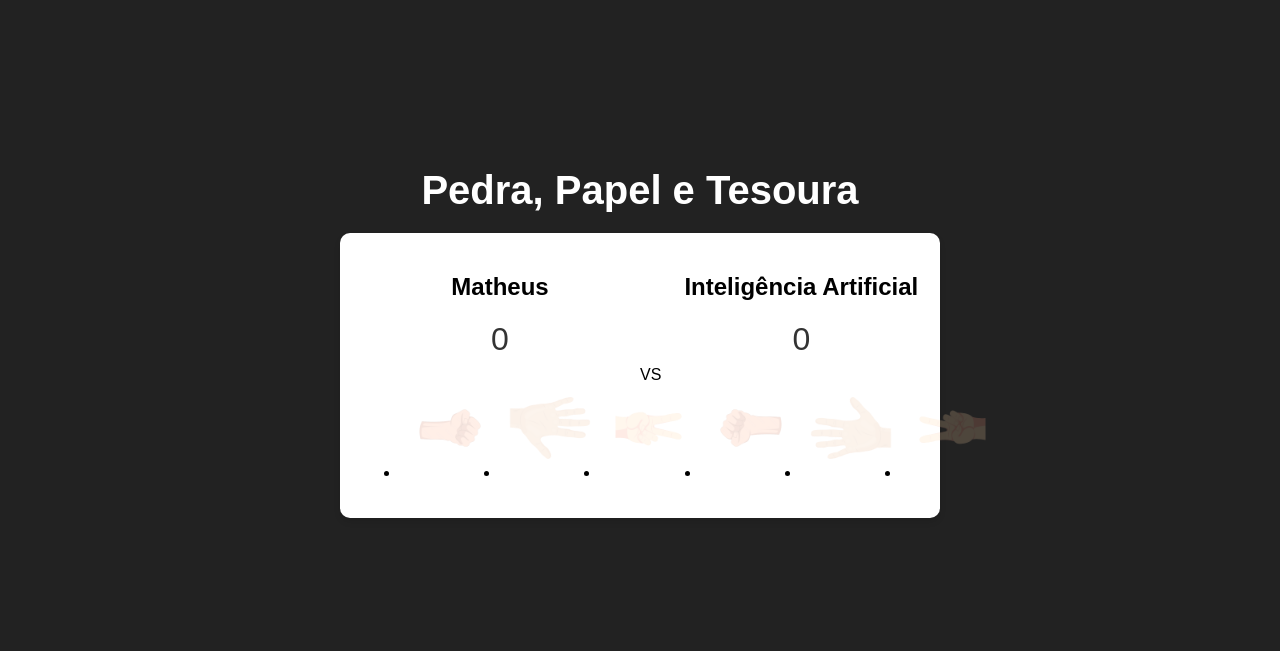
Repository: Matheus904-12/Pedra-Papel
Page: index.html
These files come from the project's save history. The page is drawn as it stood at one moment and after the next save; the edit follows.
The browser window is 1280 px wide. The pictures show the whole page.

Above is the page before, as saved 2023-08-28 21:45:10.

### index.html
<!DOCTYPE html>
<html lang="en">
<head>
    <meta charset="UTF-8">
    <meta name="viewport" content="width=device-width, initial-scale=1.0">
    <title>Pedra, Papel e Tesoura</title>
    <link rel="stylesheet" href="style.css">
    <script src="script.js"></script>
</head>
<body>
    <div class="box">
        <div class="container">
            <h1 id="titulo">Pedra, Papel e Tesoura</h1>
            <div class="placar" id="placar">
                <div class="jogador">
                    <h2 id="jogadorNome">Matheus</h2>
                    <p id="jogadorPontos">0</p>
                    <ul class="escolhas" id="jogadorEscolha">
                        <li>
                            <a id="jogadorEscolha1" class="escolha" onclick="jogar(1)">
                                <img src="img/1-removebg-preview.png" alt="">
                            </a>
                        </li>
                        <li>
                            <a id="jogadorEscolha2" class="escolha" onclick="jogar(2)">
                                <img src="img/2-removebg-preview.png" alt="">
                            </a>
                        </li>
                        <li>
                            <a id="jogadorEscolha3" class="escolha" onclick="jogar(3)">
                                <img src="img/3-removebg-preview.png" alt="">
                            </a>
                        </li>
                    </ul>
                </div>
                <div id="versus">VS</div>
                <div class="computador">
                    <h2 id="computadorNome">Inteligência Artificial</h2>
                    <p id="computadorPontos">0</p>
                    <ul class="escolhas" id="computadorEscolha">
                        <li>
                            <a id="computadorEscolha1" class="escolha">
                                <img src="img2/1.png" alt="">
                            </a>
                        </li>
                        <li>
                            <a id="computadorEscolha2" class="escolha">
                                <img src="img2/2.png" alt="">
                            </a>
                        </li>
                        <li>
                            <a id="computadorEscolha3" class="escolha">
                                <img src="img2/3.png" alt="">
                            </a>
                        </li>
                    </ul>
                </div>
            </div>
            <div class="mensagem"><p id="mensagem" class="result-message">&nbsp;</p>
    </div>
</body>
</html>

### style.css
ul#jogadorEscolha li a,
ul#computadorEscolha li a{
    opacity: 0.2;
    transition: ease-in-out 0.3s;
}
ul#jogadorEscolha li a:hover,
ul#jogadorEscolha li a.selecionado,
ul#computadorEscolha li a.selecionado {
    opacity: 1;
}

/* Estilos gerais */
body {
    font-family: 'Arial', sans-serif;
    background-color: #222;
    margin: 0;
    padding: 0;
    transition: background-color 0.5s ease;
}

/* Estilo do container principal */
.box {
    display: flex;
    align-items: center;
    justify-content: center;
    min-height: 100vh;
    transition: background-color 0.5s ease;
}

.container {
    width: 100%;
    max-width: 600px;
    text-align: center;
}

/* Estilo do título */
#titulo {
    font-size: 2.5rem;
    color: #fff;
    margin-bottom: 20px;
}

/* Estilo do placar */
.placar {
    display: flex;
    align-items: center;
    justify-content: space-between;
    padding: 20px;
    background-color: #fff;
    border-radius: 10px;
    box-shadow: 0 4px 6px rgba(0, 0, 0, 0.1);
}

.jogador,
.computador {
    width: 50%;
}

.jogador p,
.computador p {
    font-size: 2rem;
    color: #333;
    margin: 0;
}

.escolhas {
    display: flex;
    justify-content: space-around;
    margin-top: 20px;
}

.escolhas img {
    max-width: 100px;
    cursor: pointer;
    transition: transform 0.3s ease;
}

.escolhas img:hover {
    transform: scale(1.1);
}

/* Estilo do resultado/mensagem */
.result-message {
    font-size: 1.2rem;
    margin-top: 20px;
    color: #fff;
}

.result-message.vitoria {
    color: #4CAF50;
}

.result-message.derrota {
    color: #FF5733;
}

.result-message.empate {
    color: #FFC300;
}

/* Estilo do botão reiniciar */
.reiniciar-jogo {
    background-color: #3498db;
    border: none;
    color: white;
    padding: 10px 20px;
    text-align: center;
    text-decoration: none;
    display: inline-block;
    font-size: 16px;
    border-radius: 5px;
    cursor: pointer;
    transition: background-color 0.3s ease;
}

.reiniciar-jogo:hover {
    background-color: #2980b9;
}

/* Estilo do histórico */
.historico {
    text-align: center;
    margin-top: 20px;
}

.historico-toggle {
    background-color: #333;
    border: none;
    color: white;
    padding: 5px 10px;
    font-size: 14px;
    border-radius: 5px;
    cursor: pointer;
    transition: background-color 0.3s ease;
}

.historico-toggle:hover {
    background-color: #222;
}

.historico-list {
    list-style: none;
    padding: 0;
    display: none;
    text-align: left;
}

.historico-list li {
    font-size: 14px;
    margin-bottom: 5px;
    color: #fff;
}

### script.js
let jogadorEscolha = 0;
let jogadorPontos = 0;
let computadorEscolha = 0;
let computadorPontos = 0;
let ganhador = -1;
let historico = [];

function jogar(escolha){
    jogadorEscolha = escolha;
    computadorEscolha = Math.floor(Math.random() * 3) + 1;


/*PEDRA = 1
  PAPEL = 2
  TESOURA = 3
*/

if (jogadorEscolha == 1 && computadorEscolha == 1) {
    ganhador = 0;
    //*PEDRA = PEDRA*//
} else if (jogadorEscolha == 1 && computadorEscolha == 2) {
    ganhador = 2;
    //PEDRA E PAPEL = PAPEL//
} else if (jogadorEscolha == 1 && computadorEscolha == 3) {
    ganhador = 1;
    //PEDRA E TESOURA = PEDRA//
} else if (jogadorEscolha == 2 && computadorEscolha == 1) {
    ganhador = 1;
    //PAPEL E PEDRA = PEDRA
} else if (jogadorEscolha == 2 && computadorEscolha == 2) {
    ganhador =  0;
    //PAPEL E PAPEL = NADA
} else if (jogadorEscolha == 2 && computadorEscolha == 3) {
    ganhador = 2;
    //PAPEL E TESOURA = TESOURA
} else if (jogadorEscolha == 3 && computadorEscolha == 1) {
    ganhador = 2;
    //TESOURA E PEDRA = PEDRA
} else if (jogadorEscolha == 3 && computadorEscolha == 2) {
    ganhador = 1;
    //TESOURA E PAPEL = TESOURA
} else if (jogadorEscolha == 3 && computadorEscolha == 3) {
    ganhador = 0;
    //TESOURA E TESOURA = EMPATE
}


document.getElementById('jogadorEscolha1').classList.remove('selecionado');
document.getElementById('jogadorEscolha2').classList.remove('selecionado');
document.getElementById('jogadorEscolha3').classList.remove('selecionado');
document.getElementById('computadorEscolha1').classList.remove('selecionado');
document.getElementById('computadorEscolha2').classList.remove('selecionado');
document.getElementById('computadorEscolha3').classList.remove('selecionado');



document.getElementById('jogadorEscolha'+jogadorEscolha).classList.add('selecionado');
document.getElementById('computadorEscolha'+computadorEscolha).classList.add('selecionado');


/*
EMPATE = 0;
JOGADOR = 1;
COMPUTADOR = 2;
*/


// Atualizar placar
if (ganhador === 1) {
    jogadorPontos++;
} else if (ganhador === 2) {
    computadorPontos++;
}

document.getElementById('jogadorPontos').textContent = jogadorPontos;
document.getElementById('computadorPontos').textContent = computadorPontos;


// Mensagem do resultado
let mensagem = '';
if (ganhador === 1) {
    mensagem = 'Você venceu!';
} else if (ganhador === 2) {
    mensagem = 'Você perdeu!';
} else {
    mensagem = 'Empate!';
}

// Adicionar ao histórico
historico.push({
    jogador: jogadorEscolha,
    computador: computadorEscolha,
    resultado: ganhador
});

// Atualizar elementos na página
document.getElementById('jogadorPontos').textContent = jogadorPontos;
document.getElementById('computadorPontos').textContent = computadorPontos;
document.querySelector('.result-message').textContent = mensagem;
document.querySelector('.result-message').className = `result-message ${ganhadorClass}`;

// Exibir histórico
mostrarHistorico();

// Adicionar classe de estilo à mensagem
let mensagemElement = document.getElementById('mensagem');
mensagemElement.classList.remove('vitoria', 'derrota', 'empate');
if (ganhador === 1) {
    mensagemElement.classList.add('vitoria');
} else if (ganhador === 2) {
    mensagemElement.classList.add('derrota');
} else {
    mensagemElement.classList.add('empate');
}
}

function mostrarHistorico() {
let historicoList = document.getElementById('historico-list');
historicoList.innerHTML = '';

for (let i = 0; i < historico.length; i++) {
    let item = historico[i];
    let resultado = '';
    if (item.resultado === 1) {
        resultado = 'Vitória';
    } else if (item.resultado === 2) {
        resultado = 'Derrota';
    } else {
        resultado = 'Empate';
    }

    let listItem = document.createElement('li');
    listItem.textContent = `Jogador: ${item.jogador} | Computador: ${item.computador} | Resultado: ${resultado}`;
    historicoList.appendChild(listItem);
}


document.getElementById('historico-toggle').addEventListener('click', function() {
    const historicoList = document.querySelector('.historico-list');
    historicoList.style.display = historicoList.style.display === 'none' ? 'block' : 'none';
    this.textContent = historicoList.style.display === 'none' ? 'Ver Histórico' : 'Esconder Histórico';
});

// Mensagem do resultado
let mensagem = '';
if (ganhador === 1) {
    mensagem = 'Você venceu!';
} else if (ganhador === 2) {
    mensagem = 'Você perdeu!';
} else {
    mensagem = 'Empate!';
}

// Adicionar ao histórico
historico.push({
    jogador: jogadorEscolha,
    computador: computadorEscolha,
    resultado: ganhador
});


// Atualizar elementos na página
document.getElementById('jogadorPontos').textContent = jogadorPontos;
document.getElementById('computadorPontos').textContent = computadorPontos;
document.querySelector('.result-message').textContent = mensagem;
document.querySelector('.result-message').className = `result-message ${ganhadorClass}`;


 // Adicionar classe de estilo à mensagem
let mensagemElement = document.querySelector('.mensagem');
mensagemElement.classList.remove('vitoria', 'derrota', 'empate');
if (ganhador === 1) {
    mensagemElement.classList.add('vitoria');
} else if (ganhador === 2) {
    mensagemElement.classList.add('derrota');
} else {
    mensagemElement.classList.add('empate');
}

// Atualizar estilo da página com base no resultado
document.querySelector('.box').className = `box ${ganhadorClass}`;




// Atualizar cor de fundo com base no resultado
if (ganhador === 1) {
    document.body.style.backgroundColor = '#4CAF50'; // Verde
} else if (ganhador === 2) {
    document.body.style.backgroundColor = '#FF5733'; // Vermelho
} else {
    document.body.style.backgroundColor = '#FFC300'; // Amarelo
}


// Selecionar escolha do jogador
document.getElementById(`jogadorEscolha${jogadorEscolha}`).classList.add('selecionado');


// Atualizar escolhas do jogador
document.getElementById(`jogadorEscolha${jogadorEscolha}`).classList.add('selecionado');
document.getElementById(`computadorEscolha${computadorEscolha}`).classList.add('selecionado');

// Atualizar estilo da página com base no resultado
document.querySelector('.box').className = `box ${ganhadorClass}`;

// Função para reiniciar o jogo
function reiniciarJogo() {
    jogadorPontos = 0;
    computadorPontos = 0;
    historico = [];
    limparEscolhas();
    atualizarPlacar();
    limparMensagem();
    mostrarHistorico();
    resetarEstiloPagina();
}

// Limpar escolhas selecionadas
function limparEscolhas() {
    document.querySelectorAll('.escolha').forEach(element => {
        element.classList.remove('selecionado');
    });
}

// Atualizar placar
function atualizarPlacar() {
    document.getElementById('jogadorPontos').textContent = jogadorPontos;
    document.getElementById('computadorPontos').textContent = computadorPontos;
}

// Limpar mensagem do resultado
function limparMensagem() {
    document.querySelector('.result-message').textContent = '';
    document.querySelector('.mensagem').className = 'mensagem';
}

// Resetar estilo da página
function resetarEstiloPagina() {
    document.querySelector('.box').className = 'box';
}

// Botão de reiniciar o jogo
document.getElementById('reiniciar-jogo').addEventListener('click', function() {
    reiniciarJogo();
});


// Função para reiniciar o jogo
function reiniciarJogo() {
    jogadorPontos = 0;
    computadorPontos = 0;
    historico = [];
    limparEscolhas();
    atualizarPlacar();
    limparMensagem();
    mostrarHistorico();
    resetarEstiloPagina();
}

// Limpar escolhas selecionadas
function limparEscolhas() {
    document.querySelectorAll('.escolha').forEach(element => {
        element.classList.remove('selecionado');
    });
}

// Atualizar placar
function atualizarPlacar() {
    document.getElementById('jogadorPontos').textContent = jogadorPontos;
    document.getElementById('computadorPontos').textContent = computadorPontos;
}

// Limpar mensagem do resultado
function limparMensagem() {
    document.querySelector('.result-message').textContent = '';
    document.querySelector('.mensagem').className = 'mensagem';
}

// Resetar estilo da página
function resetarEstiloPagina() {
    document.querySelector('.box').className = 'box';
}

// Botão de reiniciar o jogo
document.getElementById('reiniciar-jogo').addEventListener('click', function() {
    reiniciarJogo();
});


}

After the next save:
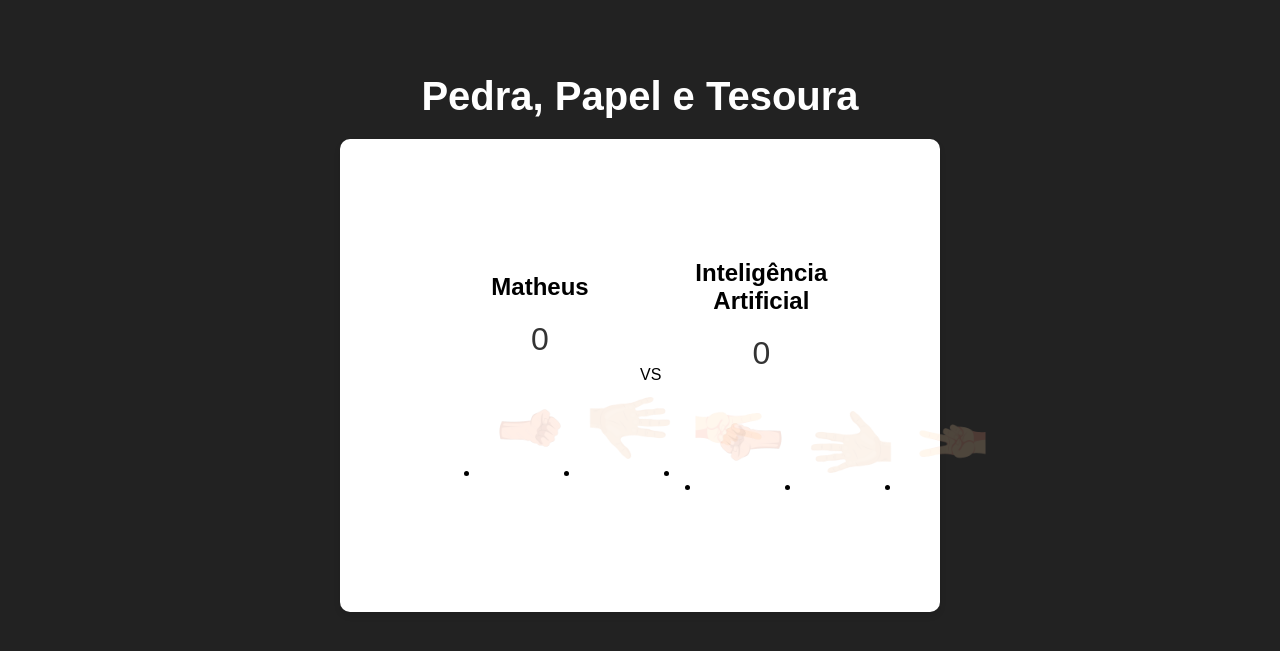
Saved 2 min 42 s later.
--- a/style.css
+++ b/style.css
@@ -45,7 +45,7 @@ body {
     display: flex;
     align-items: center;
     justify-content: space-between;
-    padding: 20px;
+    padding: 100px;
     background-color: #fff;
     border-radius: 10px;
     box-shadow: 0 4px 6px rgba(0, 0, 0, 0.1);
